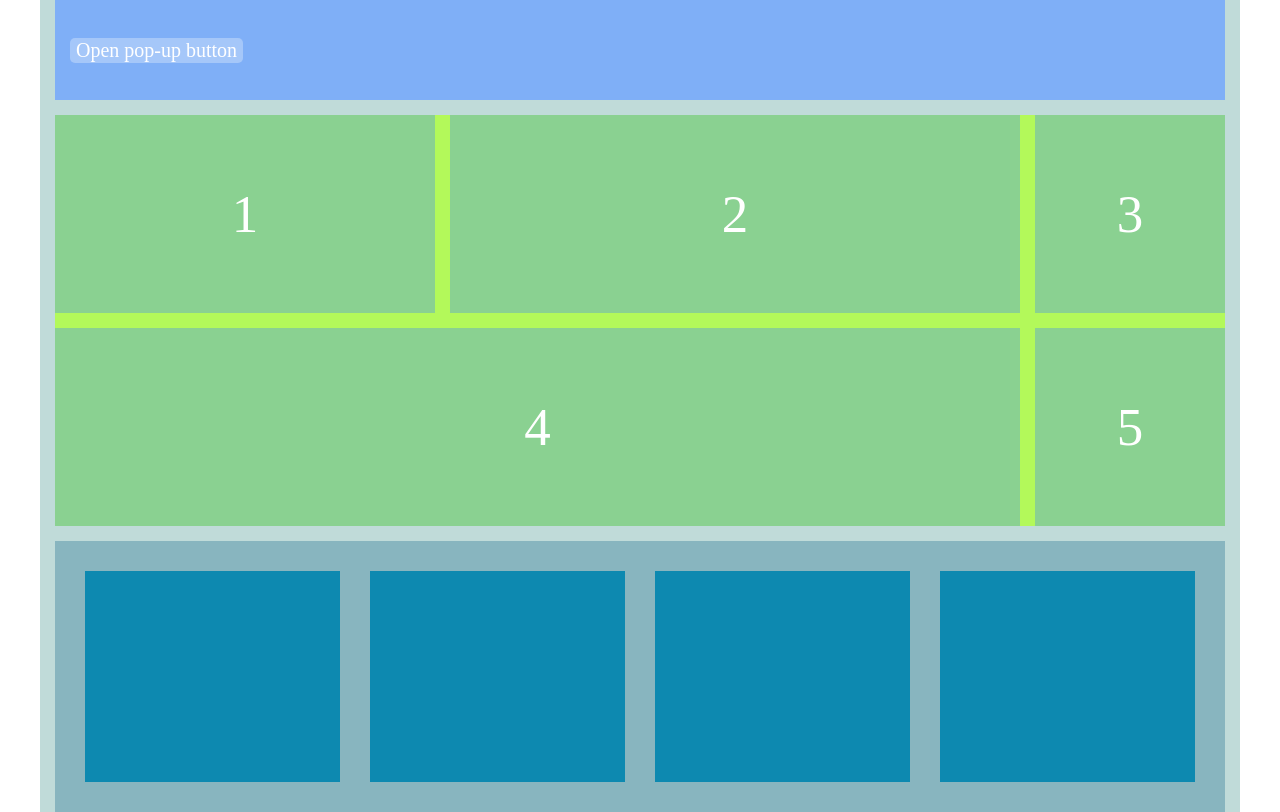
Repository: Evgenius190999999/nodasoft
Page: index.html
An editor plug-in stored every save of this project. The page is shown before and after the next save, followed by the edit.
The browser window is 1280 px wide. The pictures show the whole page.
Some web libraries are served in a nearby version. The style sheet was rebuilt from its Sass, Less or Tailwind sources for each picture, by a compiler version that may differ from the author's.

Above is the page before, as saved 2022-07-08 18:33:35.

### index.html
<!DOCTYPE html>
<html lang="en">

<head>
    <meta charset="UTF-8">
    <meta http-equiv="X-UA-Compatible" content="IE=edge">
    <meta name="viewport" content="width=device-width, initial-scale=1.0">
    <link rel="stylesheet" href="./style/normalize.css">
    <link rel="stylesheet" href="./style/reset.css">
    <link rel="stylesheet" href="./style/style.css">
    <script src="https://kit.fontawesome.com/33ab42410f.js" crossorigin="anonymous"></script>
    <title>Nodasoft</title>
</head>

<body>
    <div class="wrapper">
        <header class="header container">
            <button class="open__popup">Open pop-up button</button>
        </header>
        <div class="main__block container">
            <div class="div__1">1</div>
            <div class="div__2">2</div>
            <div class="div__3">3</div>
            <div class="div__4">4</div>
            <div class="div__5">5</div>
        </div>
        <div class="second__block container">
            <div class="div1"> </div>
            <div class="div2"> </div>
            <div class="div3"> </div>
            <div class="div4"> </div>
        </div>
    </div>

</body>

</html>

### style/sass/style.sass

*, *::after, *::before
    box-sizing: border-box

.wrapper
    max-width: 1200px
    margin: 0 auto
    background: #C0DBD9

.header
    display: flex
    align-items: center
    justify-content: flex-start
    padding: 0 15px
    background: #7FAFF7
    height: 100px

.container
    max-width: 1170px
    margin: 0 auto

.open__popup
    background: #A5C7F9
    border-radius: 5px
    border: none
    font-size: 20px
    line-height: 23px
    color: #FFFFFF
    cursor: pointer

.main__block
    display: grid
    grid-template-columns: 2fr 3fr 1fr
    grid-template-rows: repeat(2, 1fr)
    gap: 15px
    background: #B3F95A
    font-size: 53px
    color: #FFFFFF
    margin: 15px auto
    div
        height: 198px
        background: #8AD191
        display: flex
        align-items: center
        justify-content: center

.div__1
    grid-area: 1 / 1 / 2 / 2
.div__2
    grid-area: 1 / 2 / 2 / 3
.div__3
    grid-area: 1 / 3 / 2 / 4
.div__4
    grid-area: 2 / 1 / 3 / 3
.div__5
    grid-area: 2 / 3 / 3 / 4

.second__block
    display: flex
    background: #88B5BF
    div
        padding-top: 18%
        background: #0D89B0
        margin: 30px 15px 30px 15px
        max-width: 255px
        width: 100%
        &:first-child
            margin-left: 30px
        &:last-child
            margin-right: 30px

Loaded but not shown: style/normalize.css (library); style/reset.css (common file)

After the next save:
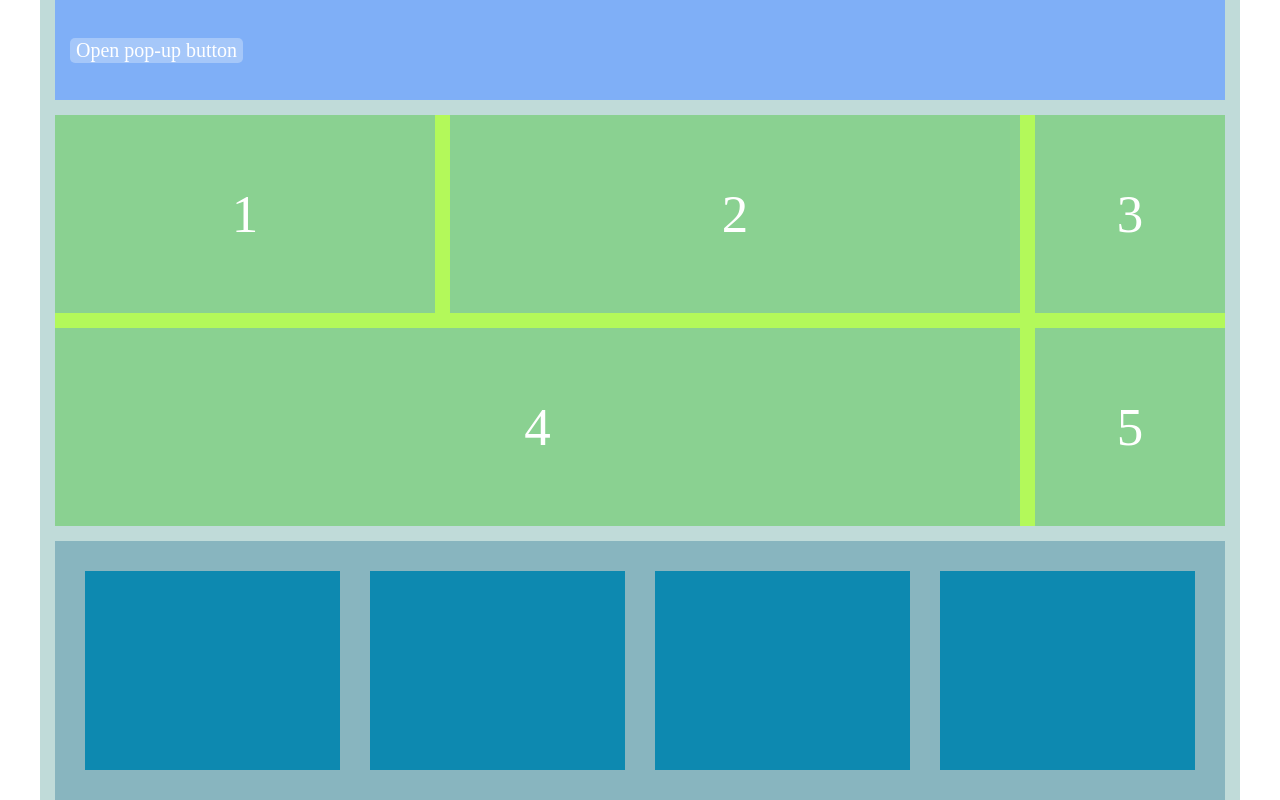
Saved 8 s later.
--- a/style/sass/style.sass
+++ b/style/sass/style.sass
@@ -59,7 +59,7 @@
     display: flex
     background: #88B5BF
     div
-        padding-top: 18%
+        padding-top: 17%
         background: #0D89B0
         margin: 30px 15px 30px 15px
         max-width: 255px
